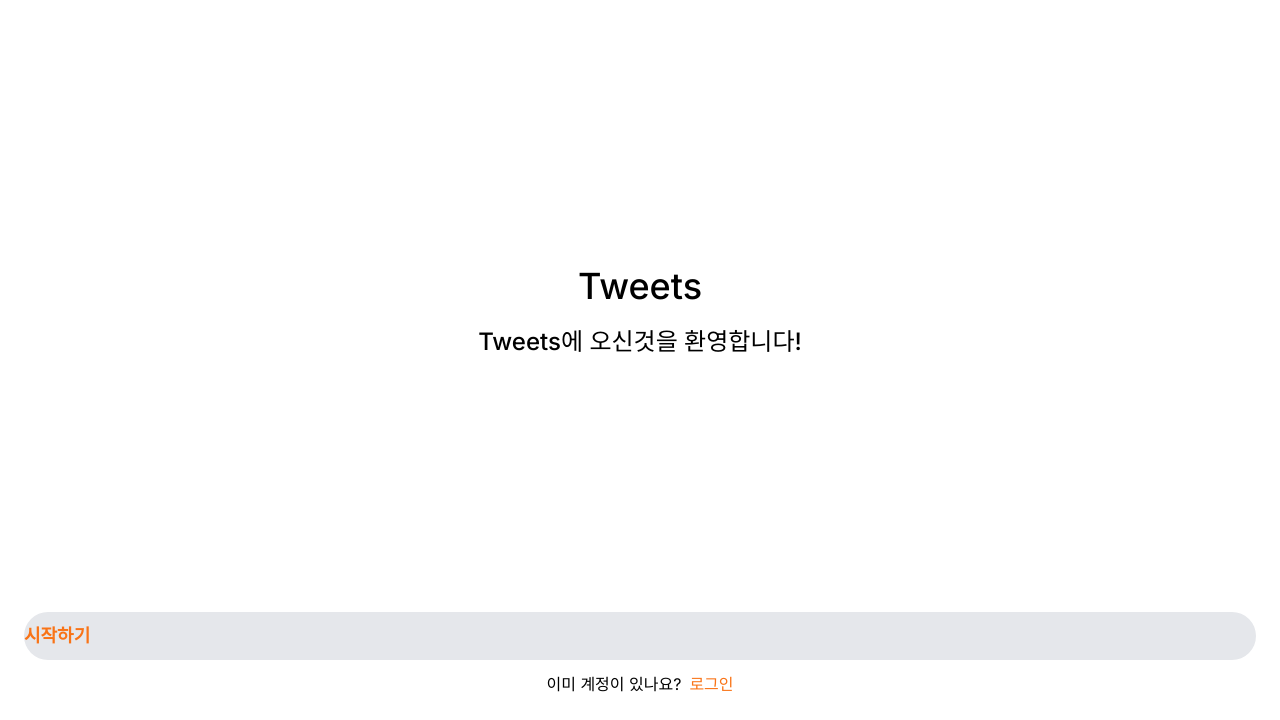
Repository: ParkSeokgyu/tweets
Page: /
These files come from the project's save history. The page is drawn as it stood at one moment and after the next save; the edit follows.
The browser window is 1280 px wide. The pictures show the whole page.
The project was rebuilt for these pictures with package versions that can differ from the ones it lists, and the page was loaded fresh each time. The framework's server and built-in components were replaced by stand-ins that run in the browser. Also part of the build but not shown: next.config.mjs.

Above is the page before, as saved 2024-08-24 03:49:59.

### app/layout.tsx
import type { Metadata } from "next";
import { Inter } from "next/font/google";
import "./globals.css";

const inter = Inter({ subsets: ["latin"] });

export const metadata: Metadata = {
  title: "Create Next App",
  description: "Generated by create next app",
};

export default function RootLayout({
  children,
}: Readonly<{
  children: React.ReactNode;
}>) {
  return (
    <html lang="ko">
      <body className={inter.className}>
        {children}
      </body>
    </html>
  );
}

### app/(auth)/page.tsx
import Link from "next/link";

export default function Home() {
  return (
    <div className="flex flex-col items-center justify-between min-h-screen p-6">

      <div className="my-auto flex flex-col items-center gap-2 *:font-medium">
        <h1 className="text-4xl ">Tweets</h1>
        <h2 className="text-2xl my-3">Tweets에 오신것을 환영합니다!</h2>
      </div>

      <div className="flex flex-col items-center gap-3 w-full">
        <Link
          href="/create-account"
          className="primary-btn text-lg py-2.5"
        >
          시작하기
        </Link>
        <div className="flex gap-2">
          <span>이미 계정이 있나요?</span>
          <Link href="/log-in" className="hover:underline">
            로그인
          </Link>
        </div>
      </div>

    </div>
  );
}

### app/globals.css
@tailwind base;
@tailwind components;
@tailwind utilities;

@layer base {
  a {
    @apply text-orange-500 underline-offset-4;
  }
  .primary-btn {
    @apply h-12 disabled:bg-neutral-400 disabled:text-neutral-200 disabled:cursor-not-allowed w-full bg-gray-200 font-bold rounded-full hover:bg-gray-300 active:scale-90 transition-transform;
  }
}


/* h-12 disabled:bg-neutral-400 disabled:text-neutral-200 disabled:cursor-not-allowed w-full bg-gray-200 font-bold rounded-full hover:bg-gray-300 active:scale-90 transition-transform" */

/* w-full bg-gray-200 disabled:text-neutral-200 font-bold rounded-full text-center  */

Loaded but not shown: tailwind.config.ts (common file)

After the next save:
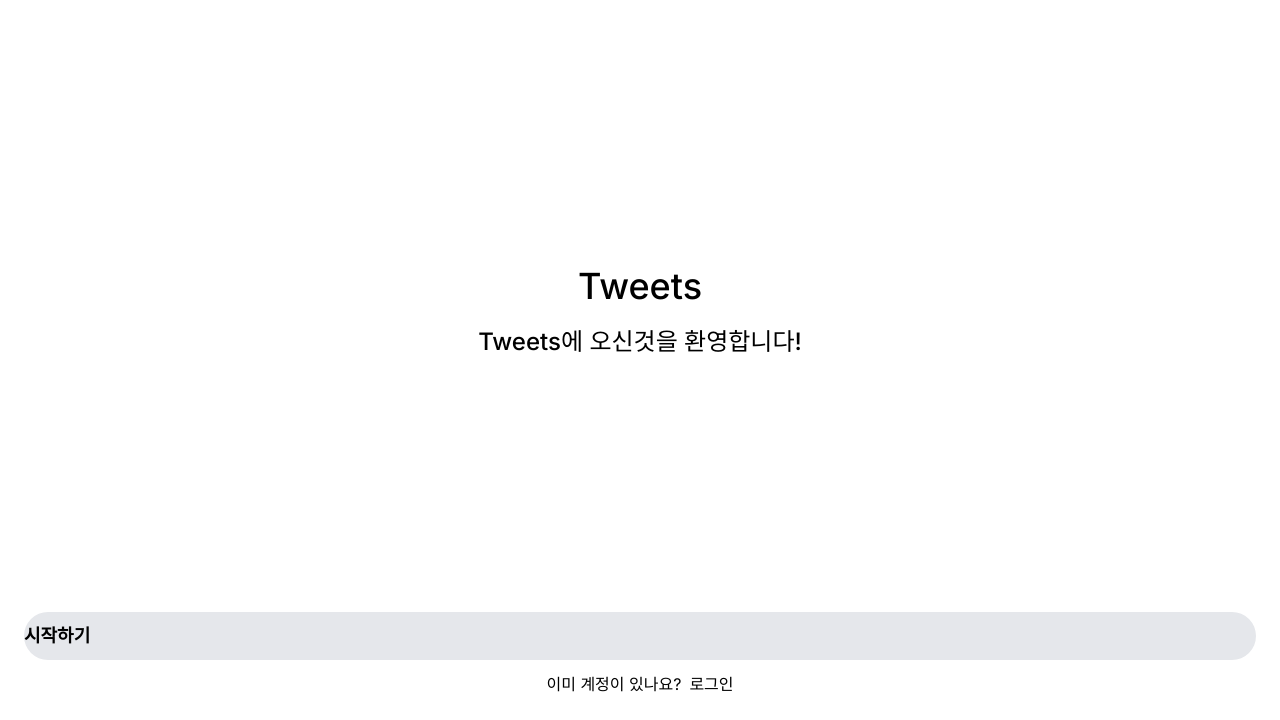
Saved 74 s later.
--- a/app/globals.css
+++ b/app/globals.css
@@ -4,7 +4,7 @@
 
 @layer base {
   a {
-    @apply text-orange-500 underline-offset-4;
+    @apply disabled:text-neutral-200 underline-offset-4;
   }
   .primary-btn {
     @apply h-12 disabled:bg-neutral-400 disabled:text-neutral-200 disabled:cursor-not-allowed w-full bg-gray-200 font-bold rounded-full hover:bg-gray-300 active:scale-90 transition-transform;
